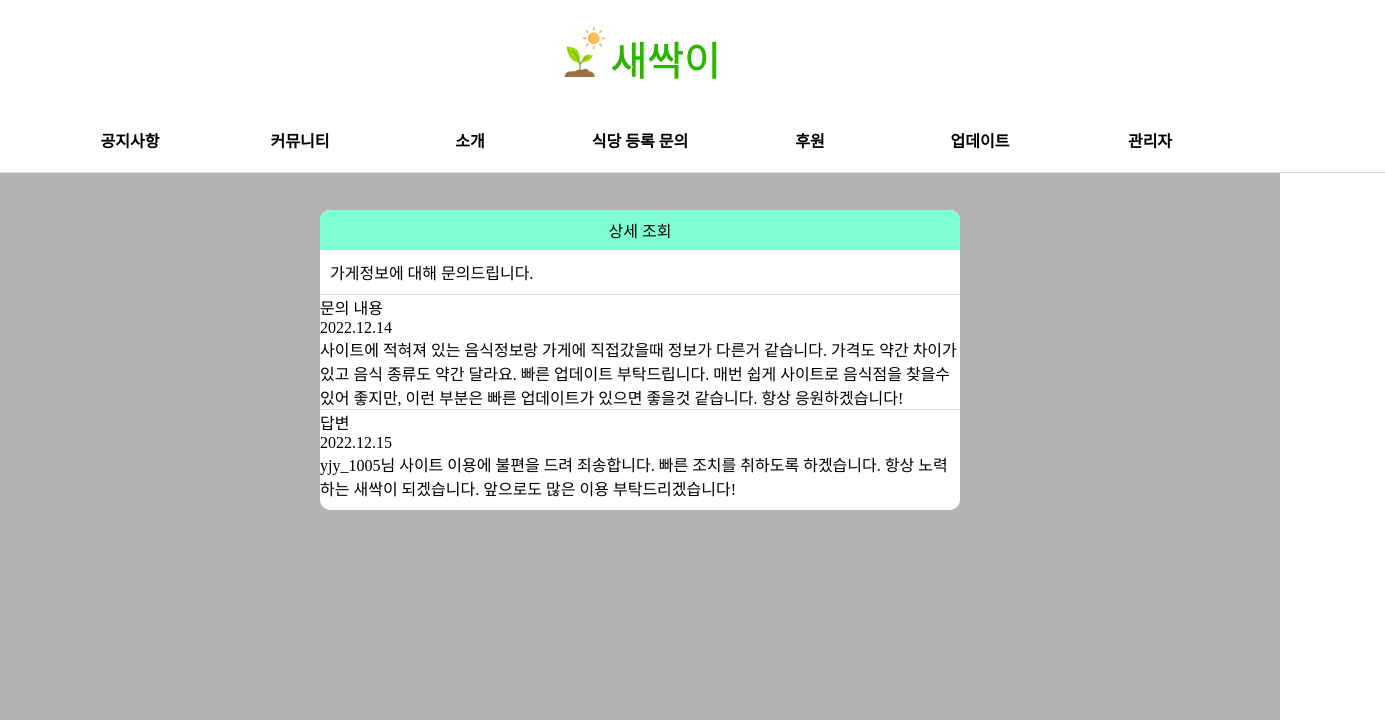
Repository: Seedye/Seedye
Page: team/src/main/webapp/html/board/board-view.html
An editor plug-in stored every save of this project. The page is shown before and after the next save, followed by the edit.
The browser window is 1280 px wide. The page is 1385 px wide, so the pictures cover 1385 px, including what lies to the right of the window. The pictures show the whole page.
Some web fonts or font styles are not loaded; a fallback is used. Some web libraries are served in a nearby version.

Above is the page before, as saved 2022-12-15 11:18:35.

### team/src/main/webapp/html/board/board-view.html
<!DOCTYPE html>
<html lang="en">
<head>
  <meta charset="UTF-8">
  <meta http-equiv="X-UA-Compatible" content="IE=edge">
  <meta name="viewport" content="width=device-width, initial-scale=1.0">
  <link rel="stylesheet" href="../../resources/css/header.css">
  <link rel="stylesheet" href="../../resources/css/board/board-view-style.css">
  <title>게시물 상세보기모달</title>

  <script src="https://kit.fontawesome.com/95f413b465.js" crossorigin="anonymous"></script>

</head>
<body>
  <header>
    <!-- 헤더 -->
    <section id="header-container">
        <!-- 로고 -->
        <section id="header-section">
            <a href="#"><img id="logo" src="../../resources/images/새싹이.png"></a>
            <a href="#" id="logo-content">새싹이</a>
        </section>
        <!-- 메뉴창 -->
        <nav id="nav-bar">
            <ul>
                <li><a href="#"></a>공지사항</li>
                <li><a href="#"></a>커뮤니티</li>
                <li><a href="#"></a>소개</li>
                <li><a href="#"></a>식당 등록 문의</li>
                <li><a href="#"></a>후원</li>
                <li><a href="#"></a>업데이트</li>
                <li><a href="#"></a>관리자</li>
            </ul>
        </nav>
    </section>
</header>
  <div class="board-view-modal">
    <div class="board-view-area">
      <!-- /* 상세보기 */ -->
      <div class="board-view-title">
        <p>상세 조회</p>
      </div>
      <!-- /* 상세보기 내용 */ -->
      <div class="board-view-content">
          <p>가게정보에 대해 문의드립니다.</p>
        <div class="board-view-content-detail">
          <div class="board-view-content-content">
            <p>문의 내용</p>
            <p>2022.12.14</p>
          </div>
          <p>
            사이트에 적혀져 있는 음식정보랑 가게에 직접갔을때 정보가 다른거 같습니다.
            가격도 약간 차이가 있고 음식 종류도 약간 달라요. 빠른 업데이트 부탁드립니다.
            매번 쉽게 사이트로 음식점을 찾을수 있어 좋지만,
            이런 부분은 빠른 업데이트가 있으면 좋을것 같습니다. 항상 응원하겠습니다!
          </p>
          <!-- <div class="board-view-content-img-area">
            <div class="board-view-content-img">
              <img src="../../resources/images/게시판테스트img1.jpg" alt="">
            </div>
            <div class="board-view-content-img">
              <img src="../../resources/images/게시판테스트img2.jpg" alt="">
            </div>
            <div class="board-view-content-img">
              <img src="../../resources/images/게시판테스트img3.jpg" alt="">
            </div>
          </div> -->
        </div>
      </div>
      <div class="board-view-conment">
        <div class="board-view-content-content">
          <p>답변</p>
          <p>2022.12.15</p>
        </div>

        <p>yjy_1005님 사이트 이용에 불편을 드려 죄송합니다. 빠른 조치를 취하도록 하겠습니다.
          항상 노력하는 새싹이 되겠습니다. 앞으로도 많은 이용 부탁드리겠습니다!
        </p>
      </div>
    </div>
  </div>
</body>
</html>

### team/src/main/webapp/resources/css/header.css

@font-face {
    font-family: 'yg-jalnan';
    src: url('https://cdn.jsdelivr.net/gh/projectnoonnu/noonfonts_four@1.2/JalnanOTF00.woff') format('woff');
    font-weight: normal;
    font-style: normal;
}


@font-face {
    font-family: 'NIXGONM-Vb';
    src: url('https://cdn.jsdelivr.net/gh/projectnoonnu/noonfonts_six@1.2/NIXGONM-Vb.woff') format('woff');
    font-weight: normal;
    font-style: normal;
}

*{
    box-sizing: border-box;
    margin: 0;
    padding: 0;
}

header{
    position: sticky;
    top: 0;
    background-color: white;
    z-index: 1000;
}

body{
    display: flex;
    justify-content: center;
    align-items: center;
    flex-direction: column;
}

#header-section{
    width: 100%;
    display: flex;
    justify-content: center;
    align-items: center;
    margin-top: 20px;
}

#logo{
    width: 50px;
    height: 50px;
}

#logo-content{
    color: #2db400;
    -webkit-text-stroke: 1px white;
    text-decoration: none;
    font-weight: bold;
    font-family: yg-jalnan;
    font-size: 40px;
    padding-top: 10px;
}

#nav-bar{
    display: flex;
    justify-content: center;
    margin: 20px 0px  0px  0px;
}

#nav-bar > ul {
    /* width: 100vw; */
    display: flex;
    justify-content: space-between;
    font-weight: bold;
    border-bottom: 1px solid #ddd;
    padding: 0px 150px;
}

#nav-bar > ul > li{
    font-family: NIXGONM-Vb;
    float: left;
    display: flex;
    justify-content: center;
    padding: 20px 35px;
    border-radius: 6px;
    cursor: pointer;
    width: 170px;
    height: auto;
}

#nav-bar > ul > li:hover{
    background-color: rgba(45, 180, 0, 0.6);
    color: white;
    transition-duration: 0.3s;
}

footer {
    width: 1200px;
    height: 134px;
    color: gray;
    font-size: var(--small-font-size);
    padding: 20px 0;

    display: flex;
    flex-direction: column;
    justify-content: space-around;
    align-items: center;

    /* position: absolute; */
    bottom: 0;

    border-top: 1px solid #ddd;
  }

  footer a {
    color: gray;
  }

### team/src/main/webapp/resources/css/board/board-view-style.css
*{
  font-family: "NIXGONM-Vb";
}
.board-view-modal{
  top: 0; left: 0;
  position: absolute;
  width: 100vw;
  height: 100vh;
  background-color: rgba(0, 0, 0, 0.3);

  /* display: none; */
  display: flex;
  align-items: center;
  justify-content: center;
}
/* 상세보기 흰영역 */
.board-view-area{
  width: 50vw;
  min-width: 400px;
  height: auto;
  min-height: 300px;
  background-color: white;
  border-radius: 10px;
  overflow: auto;
}
/* 상세보기 제목 */
.board-view-title{
  width: 100%;
  height: 40px;
  background-color: aquamarine;
  display: flex;
  align-items: center;
  justify-content: center;

}
/* 상세보기 내용 */
.board-view-content>p:first-child{
  padding: 10px;
  border-bottom: 1px solid #ddd;
}

.board-view-content-detail{
  border-bottom: 1px solid #ddd;
}

After the next save:
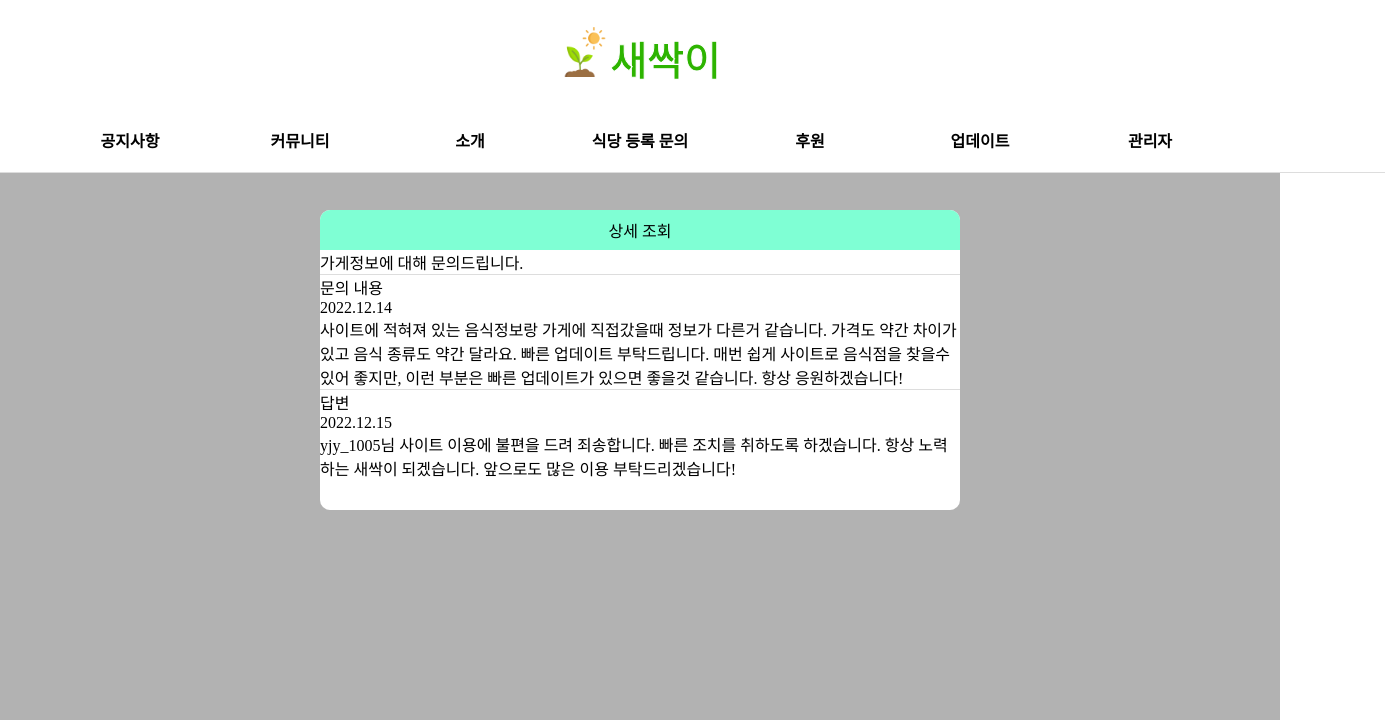
Saved 19 s later.
--- a/team/src/main/webapp/resources/css/board/board-view-style.css
+++ b/team/src/main/webapp/resources/css/board/board-view-style.css
@@ -34,8 +34,11 @@
 
 }
 /* 상세보기 내용 */
+.board-view-content{
+
+}
 .board-view-content>p:first-child{
-  padding: 10px;
+  /* padding: 10px; */
   border-bottom: 1px solid #ddd;
 }
 
